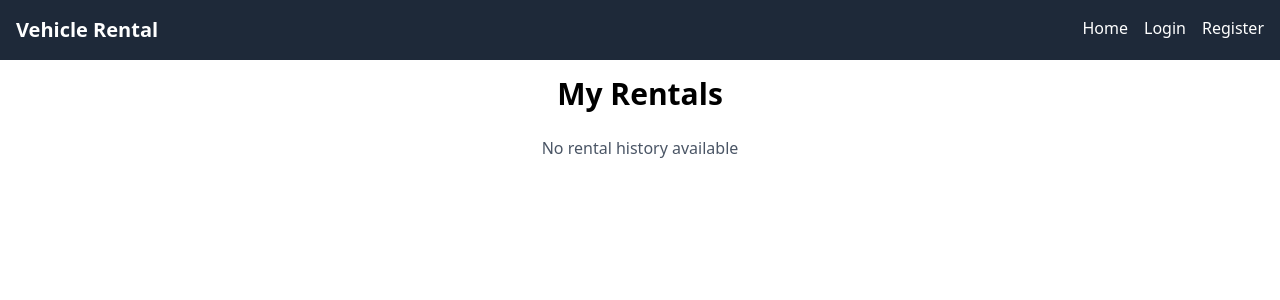
Repository: Sugan-g/vehicle-rental-system
Page: /rental-history (app in frontend/)
The author's editor kept a copy of each file at every save. The page is drawn from the files as they stood at one save, then again after the next save.
The browser window is 1280 px wide. The pictures show the whole page.
The page's requests for data from a server got no answer. The project was rebuilt for these pictures with package versions that can differ from the ones it lists, and the page was loaded fresh each time. No one was signed in, and anything a server would have sent is missing. Also part of the build but not shown: frontend/vite.config.js, frontend/src/components/VehicleCard.jsx, frontend/src/pages/HomePage.jsx, frontend/src/components/BookingForm.jsx, frontend/src/components/ReviewForm.jsx, frontend/src/pages/VehiclePage.jsx, frontend/src/pages/LoginPage.jsx, frontend/src/pages/RegisterPage.jsx and 2 more.

Above is the page before, as saved 2025-10-26 19:58:18.

### frontend/index.html
<!doctype html>
<html lang="en">
  <head>
    <meta charset="UTF-8" />
    <link rel="icon" type="image/svg+xml" href="/vite.svg" />
    <meta name="viewport" content="width=device-width, initial-scale=1.0" />
    <title>Vehicle Rental System</title>
        <link rel="stylesheet" href="/src/index.css" />

  </head>
  <body>
    <div id="root"></div>
    <script type="module" src="/src/main.jsx"></script>
  </body>
</html>

### frontend/src/main.jsx
import React from "react";
import ReactDOM from "react-dom/client";
import App from "./App.jsx";
import "./index.css";

ReactDOM.createRoot(document.getElementById("root")).render(
    <React.StrictMode>
        <App />
    </React.StrictMode>
);

### frontend/src/App.jsx
import { BrowserRouter as Router, Routes, Route } from "react-router-dom";
import Navbar from "./components/Navbar.jsx";
import HomePage from "./pages/HomePage.jsx";
import VehiclePage from "./pages/VehiclePage.jsx";
import LoginPage from "./pages/LoginPage.jsx";
import RegisterPage from "./pages/RegisterPage.jsx";
import RentalHistoryPage from "./pages/RentalHistoryPage.jsx";
import AdminPage from "./pages/AdminPage.jsx";

function App() {
    return (
        <Router>
            <Navbar />
            <Routes>
                <Route path="/" element={<HomePage />} />
                <Route path="/vehicle/:id" element={<VehiclePage />} />
                <Route path="/login" element={<LoginPage />} />
                <Route path="/register" element={<RegisterPage />} />
                <Route path="/rental-history" element={<RentalHistoryPage />} />
                <Route path="/admin" element={<AdminPage />} />
            </Routes>
        </Router>
    );
}

export default App;

### frontend/src/components/Navbar.jsx
import { Link, useNavigate } from "react-router-dom";
import { useState, useEffect } from "react";

export default function Navbar() {
    const navigate = useNavigate();
    const [isLoggedIn, setIsLoggedIn] = useState(false);

    useEffect(() => {
        const token = localStorage.getItem("token");
        setIsLoggedIn(!!token);
    }, []);

    const handleLogout = () => {
        localStorage.removeItem("token");
        localStorage.removeItem("role");
        setIsLoggedIn(false);
        navigate("/login");
    };

    return (
        <nav className="bg-gray-800 p-4 text-white flex justify-between">
            <Link to="/" className="text-xl font-bold">Vehicle Rental</Link>
            <div className="space-x-4">
                <Link to="/">Home</Link>
                {isLoggedIn ? (
                    <>
                        <Link to="/rental-history">My Rentals</Link>
                        <button onClick={handleLogout}>Logout</button>
                    </>
                ) : (
                    <>
                        <Link to="/login">Login</Link>
                        <Link to="/register">Register</Link>
                    </>
                )}
            </div>
        </nav>
    );
}

### frontend/src/pages/RentalHistoryPage.jsx
import { useEffect, useState } from "react";
import API from "../api/api.js";

export default function RentalHistoryPage() {
    const [bookings, setBookings] = useState([]);

    useEffect(() => {
        const fetchBookings = async () => {
            const res = await API.get("/bookings/my");
            setBookings(res.data);
        };
        fetchBookings();
    }, []);

    return (
        <div className="p-4 max-w-4xl mx-auto">
            <h2 className="text-2xl sm:text-3xl font-bold mb-6 text-center">
                My Rentals
            </h2>

            {bookings.length === 0 ? (
                <p className="text-center text-gray-600">
                    No rental history available
                </p>
            ) : (
                <div className="grid gap-4 sm:grid-cols-2 lg:grid-cols-3">
                    {bookings.map((b) => (
                        <div
                            key={b._id}
                            className="bg-white p-4 shadow-md rounded-lg border hover:shadow-lg transition"
                        >
                            <h3 className="text-lg font-semibold text-gray-900">
                                {b.vehicle.make} {b.vehicle.model}
                            </h3>

                            <p className="text-sm text-gray-700 mt-1">
                                📍 {b.vehicle.location}
                            </p>

                            <div className="mt-2 text-sm text-gray-700">
                                <p>
                                    📅 {new Date(b.startDate).toLocaleDateString()} →{" "}
                                    {new Date(b.endDate).toLocaleDateString()}
                                </p>
                                <p>💰 ₹{b.amount || "0"}</p>
                            </div>

                            <p
                                className={`mt-2 font-medium ${
                                    b.paymentStatus === "Paid"
                                        ? "text-green-600"
                                        : "text-orange-600"
                                }`}
                            >
                                {b.paymentStatus}
                            </p>
                        </div>
                    ))}
                </div>
            )}
        </div>
    );
}

### frontend/src/api/api.js
import axios from "axios";

const API = axios.create({
    baseURL: "http://localhost:5000/api"
});

// Add token automatically
API.interceptors.request.use((req) => {
    const token = localStorage.getItem("token");
    if (token) req.headers.Authorization = `Bearer ${token}`;
    return req;
});

export default API;

Loaded but not shown: frontend/src/index.css (common file)

After the next save:
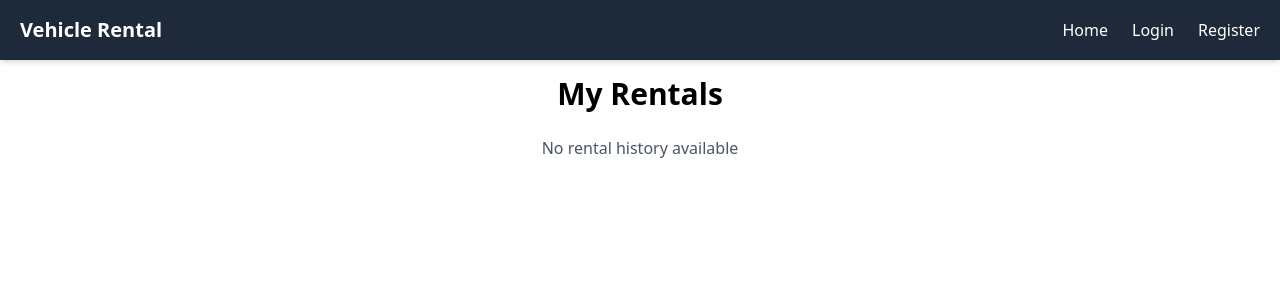
Saved 9 min 16 s later.
--- a/frontend/src/components/Navbar.jsx
+++ b/frontend/src/components/Navbar.jsx
@@ -1,39 +1,95 @@
 import { Link, useNavigate } from "react-router-dom";
 import { useState, useEffect } from "react";
+import { FiMenu, FiX } from "react-icons/fi"; // For hamburger icons
 
 export default function Navbar() {
-    const navigate = useNavigate();
-    const [isLoggedIn, setIsLoggedIn] = useState(false);
+  const navigate = useNavigate();
+  const [isLoggedIn, setIsLoggedIn] = useState(false);
+  const [menuOpen, setMenuOpen] = useState(false);
 
-    useEffect(() => {
-        const token = localStorage.getItem("token");
-        setIsLoggedIn(!!token);
-    }, []);
+  useEffect(() => {
+    const token = localStorage.getItem("token");
+    setIsLoggedIn(!!token);
+  }, []);
 
-    const handleLogout = () => {
-        localStorage.removeItem("token");
-        localStorage.removeItem("role");
-        setIsLoggedIn(false);
-        navigate("/login");
-    };
+  const handleLogout = () => {
+    localStorage.removeItem("token");
+    localStorage.removeItem("role");
+    setIsLoggedIn(false);
+    navigate("/login");
+  };
 
-    return (
-        <nav className="bg-gray-800 p-4 text-white flex justify-between">
-            <Link to="/" className="text-xl font-bold">Vehicle Rental</Link>
-            <div className="space-x-4">
-                <Link to="/">Home</Link>
-                {isLoggedIn ? (
-                    <>
-                        <Link to="/rental-history">My Rentals</Link>
-                        <button onClick={handleLogout}>Logout</button>
-                    </>
-                ) : (
-                    <>
-                        <Link to="/login">Login</Link>
-                        <Link to="/register">Register</Link>
-                    </>
-                )}
-            </div>
-        </nav>
-    );
+  return (
+    <nav className="bg-gray-800 text-white px-5 py-4 shadow-md">
+      <div className="flex justify-between items-center">
+
+        {/* Logo */}
+        <Link to="/" className="text-xl font-bold">
+          Vehicle Rental
+        </Link>
+
+        {/* Desktop Menu */}
+        <div className="hidden md:flex space-x-6 items-center">
+          <Link to="/">Home</Link>
+
+          {isLoggedIn ? (
+            <>
+              <Link to="/rental-history">My Rentals</Link>
+              <button onClick={handleLogout} className="hover:text-red-400">
+                Logout
+              </button>
+            </>
+          ) : (
+            <>
+              <Link to="/login">Login</Link>
+              <Link to="/register">Register</Link>
+            </>
+          )}
+        </div>
+
+        {/* Mobile Menu Button */}
+        <button
+          className="md:hidden text-xl"
+          onClick={() => setMenuOpen(!menuOpen)}
+        >
+          {menuOpen ? <FiX /> : <FiMenu />}
+        </button>
+      </div>
+
+      {/* Mobile Dropdown */}
+      {menuOpen && (
+        <div className="md:hidden mt-3 space-y-2 bg-gray-700 p-4 rounded-lg text-center">
+          <Link to="/" onClick={() => setMenuOpen(false)}>
+            Home
+          </Link>
+
+          {isLoggedIn ? (
+            <>
+              <Link to="/rental-history" onClick={() => setMenuOpen(false)}>
+                My Rentals
+              </Link>
+              <button
+                onClick={() => {
+                  handleLogout();
+                  setMenuOpen(false);
+                }}
+                className="block w-full text-red-300"
+              >
+                Logout
+              </button>
+            </>
+          ) : (
+            <>
+              <Link to="/login" onClick={() => setMenuOpen(false)}>
+                Login
+              </Link>
+              <Link to="/register" onClick={() => setMenuOpen(false)}>
+                Register
+              </Link>
+            </>
+          )}
+        </div>
+      )}
+    </nav>
+  );
 }
